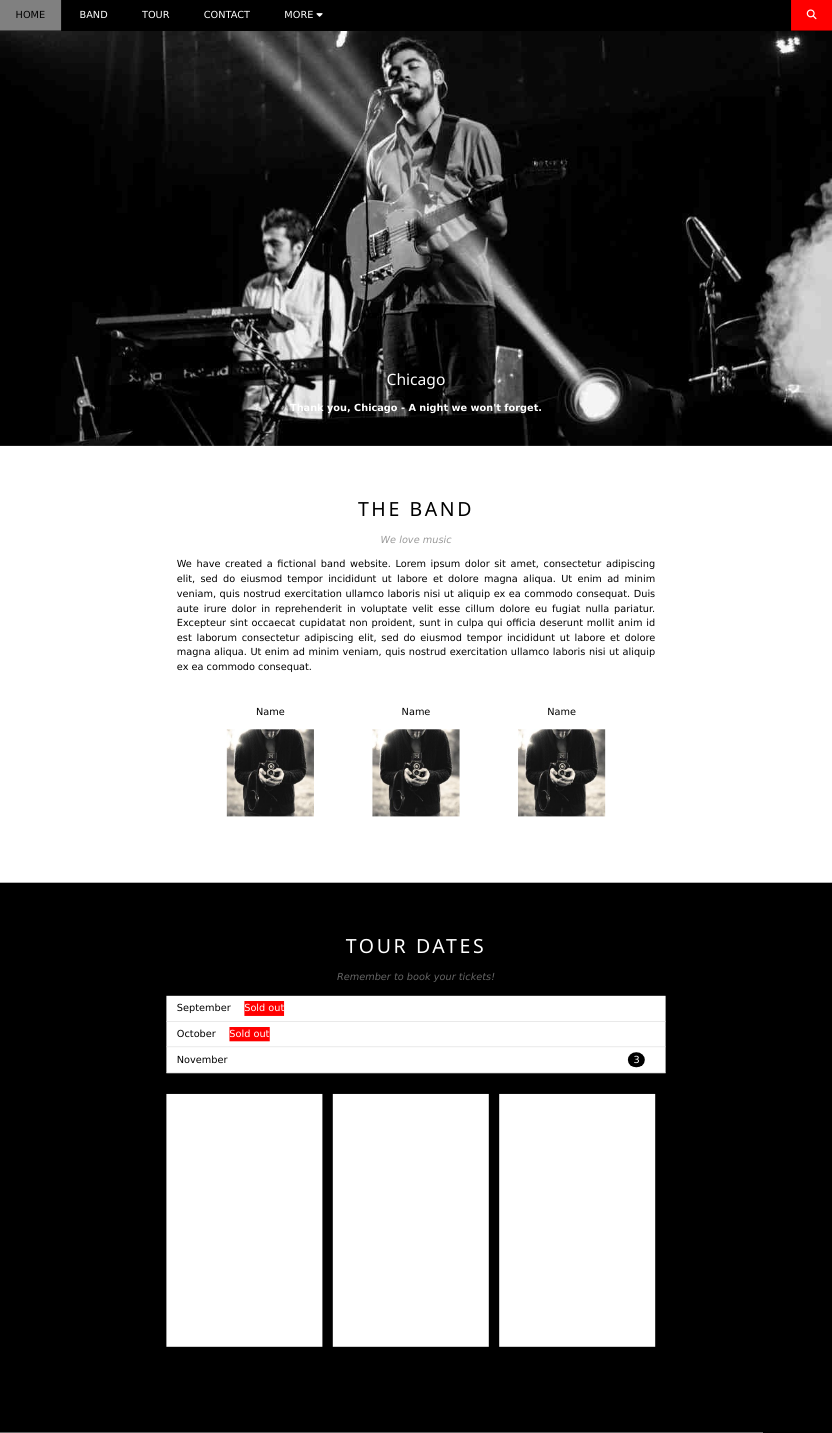
Repository: ngotranphuongbao/theband
Page: index.html
The author's editor kept a copy of each file at every save. The page is drawn from the files as they stood at one save, then again after the next save.
The browser window is 1280 px wide. The pictures show the whole page, at 65% of full size.
Some web libraries are served in a nearby version.

Above is the page before, as saved 2022-12-22 06:20:24.

After the next save:
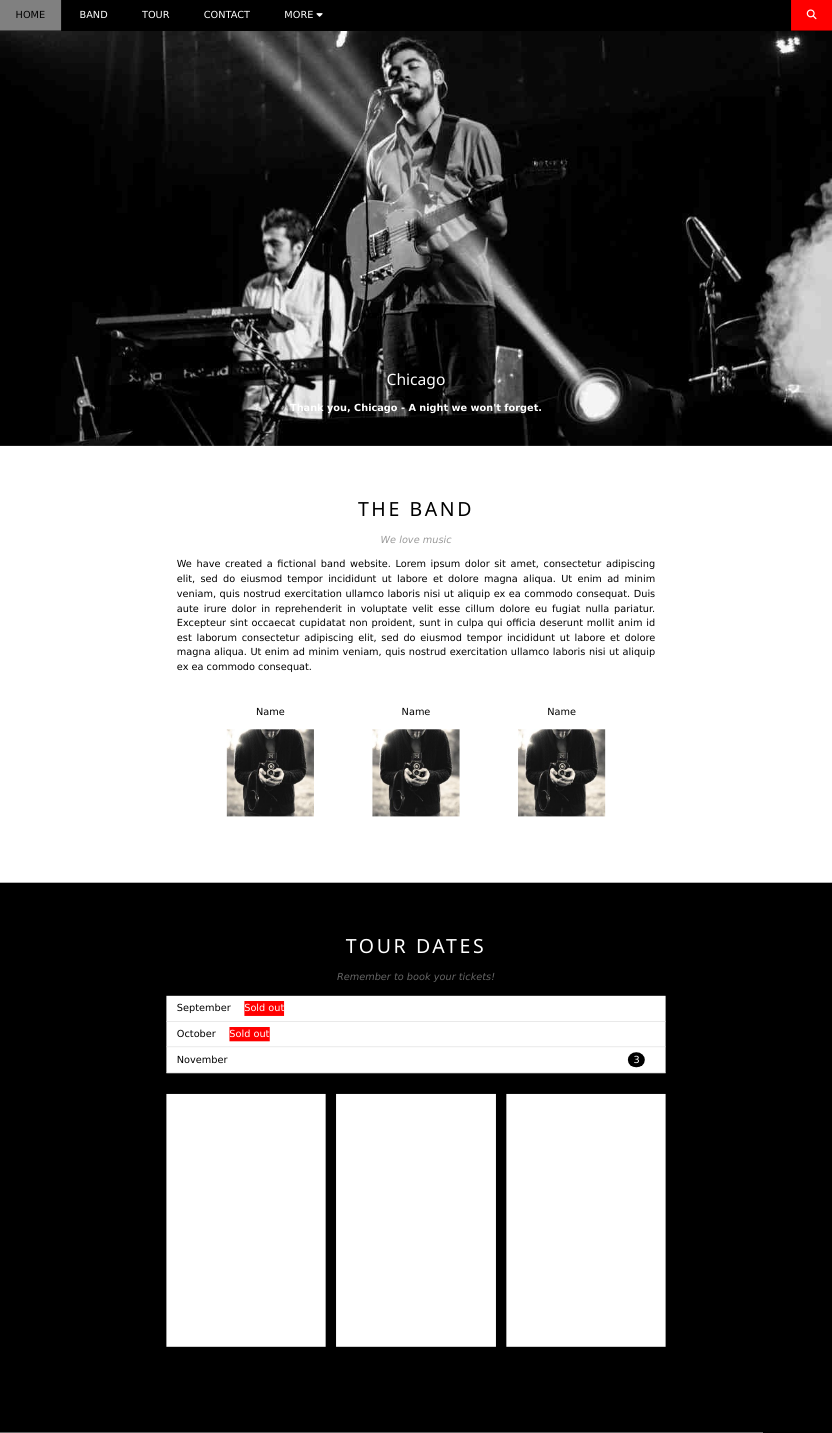
Saved 22 s later.
--- a/assets/css/style.css
+++ b/assets/css/style.css
@@ -222,6 +222,7 @@ html {
     height: 469px;
     padding: 32px 8px;
     margin-left: -16px;
+    margin-right: -16px;
 }
 
 .location-infor {
